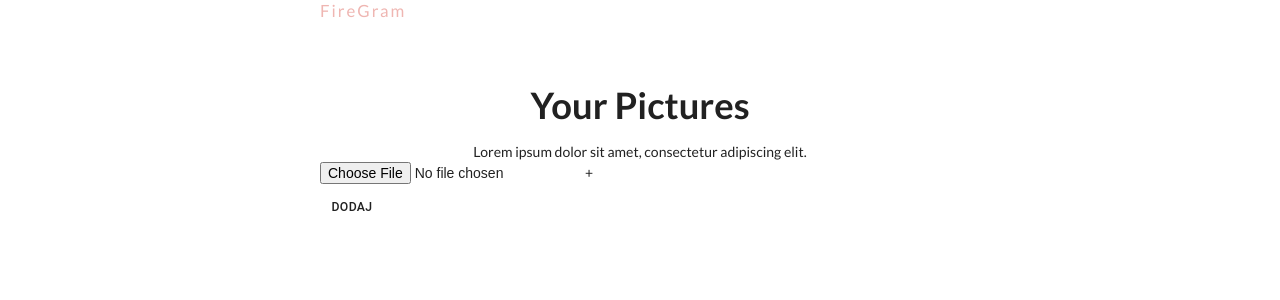
Repository: gregorskrinjar/react_ita
Page: / (app in frontend/)
These files come from the project's save history. The page is drawn as it stood at one moment and after the next save; the edit follows.
The browser window is 1280 px wide. The pictures show the whole page.
The page's requests for data from a server got no answer. The project was rebuilt for these pictures with package versions that can differ from the ones it lists, and the page was loaded fresh each time. No one was signed in, and anything a server would have sent is missing. Also part of the build but not shown: frontend/src/Header.jsx, frontend/src/Home.js, frontend/src/components/accountBox/common.jsx, frontend/src/components/marginer/index.jsx, frontend/src/components/accountBox/accountContext.js, frontend/src/api/axiosUserAuth.js, frontend/src/components/accountBox/loginForm.jsx, frontend/src/components/accountBox/signupForm.jsx and 6 more.

Above is the page before, as saved 2021-06-01 01:14:35.

### frontend/src/index.js
import React from 'react';
import ReactDOM from 'react-dom';
import './index.css';
import App from './App';
import reportWebVitals from './reportWebVitals';
import { BrowserRouter } from 'react-router-dom';
import 'semantic-ui-css/semantic.min.css'

ReactDOM.render(
  <BrowserRouter>
    <App />
    </BrowserRouter>,
  document.getElementById('root')
);

// If you want to start measuring performance in your app, pass a function
// to log results (for example: reportWebVitals(console.log))
// or send to an analytics endpoint. Learn more: https://bit.ly/CRA-vitals
reportWebVitals();

### frontend/src/index.css
/* @import url("https://fonts.googleapis.com/css2?family=Poppins:wght@400;600;700;800&display=swap"); */
@import url('https://fonts.googleapis.com/css2?family=Noto+Serif:wght@400;700&display=swap');

:root{
  --primary: #efb6b2;
  --secondary: #4e4e4e;
  --error: #ff4a4a;
}

html,
body {
  font-family: "Noto Serif";
  color: #4e4e4e;
  /* width: 80%;
  height: 100%; */
  margin: auto !important;
  overflow-x: hidden;
}

.App{
  max-width: 960px;
  margin: 0 auto;
}

.title h1{
  color: #efb6b2;
  font-size: 1.2rem;
  letter-spacing: 2px;
  font-weight: normal;
}
.title h2, .title p{
  text-align: center;
}
.title h2{
  margin-top: 60px;
  font-size: 2.6rem;
}

* {
  box-sizing: border-box;
}

body {
  margin: 0;
  font-family: "Poppins", -apple-system, BlinkMacSystemFont, 'Segoe UI', 'Roboto', 'Oxygen',
    'Ubuntu', 'Cantarell', 'Fira Sans', 'Droid Sans', 'Helvetica Neue', 'Noto',
    sans-serif;
  -webkit-font-smoothing: antialiased;
  -moz-osx-font-smoothing: grayscale;
}

code {
  font-family: source-code-pro, Menlo, Monaco, Consolas, 'Courier New',
    monospace;
}
/* progress bar styles */
.progress-bar{
  height: 5px;
  background: #efb6b2;
  margin-top: 20px;
}

/* image grid styles */
.img-grid{
  margin: 20px auto;
  display: grid;
  grid-template-columns: 1fr 1fr 1fr;
  grid-gap: 40px;
}
.img-wrap{
  overflow: hidden;
  height: 0;
  padding: 50% 0;
  /* padding controls height, will always be perfectly square regardless of width */
  position: relative;
  opacity: 0.8;
}
.img-wrap img{
  min-width: 100%;
  min-height: 100%;
  max-width: 150%;
  position: absolute;
  top: 0;
  left: 0;
}

/* modal styles */
.backdrop{
  display: flex;
  flex-direction:row;
  position: fixed;
  top: 0;
  left: 0;
  width: 100%;
  height: 100%;
  background: rgba(0,0,0,0.5);
}
.backdrop img{
  display: block;
  max-width: 100%;
  max-height: 100%;
  margin: 60px auto;
  box-shadow: 3px 5px 7px rgba(0,0,0,0.5);
  border: 3px solid white;
}
/* Commentar */
.centered {
  height: 100vh; /* Magic here */
  display: flex;
  justify-content: center;
  align-items: center;
}
.load-more {
  text-align: center;
}
button {
  margin-bottom: 40px;
  font-size: 2em;
}

### frontend/src/App.js
//import './App.css';
import 'bootstrap/dist/css/bootstrap.min.css';
import React from 'react';
import Home from "./Home";
import Header from "./Header";
import { BrowserRouter, Switch, Route, Link, Redirect, Router } from 'react-router-dom';
import PrijavnaFormaMain from './PrijavnaFormaMain';
import GalerijaMain from './GalerijaMain';
import ProtectedRoute from '../src/routes/ProtectedRoute'
//import "~bootstrap/scss/bootstrap";

function checkAuth(nextState, replaceState) {
  let { loggedIn } = true;
}
const isAuth = localStorage.getItem('token');

function App() {
  return (

    <React.Fragment>
      <BrowserRouter data-testid="router">
        <Switch>
          <Route exact path='/' component={GalerijaMain} />
          <Route exact path='/Login' component={PrijavnaFormaMain} />
          {/* <Route exact path='/Home' component={Home} /> */}

        </Switch>
        <ProtectedRoute exact path='/Home' component={Home} isAuth={isAuth} />
      </BrowserRouter>
    </React.Fragment>
  )
}

export default App;

### frontend/src/GalerijaMain.js
import { Grid } from "@material-ui/core";
import { useState } from "react";
import ImageGrid from "./components/gallery/ImageGrid";
import Modal from "./components/gallery/Modal";
import Title from "./components/gallery/Title";
import UploadForm from "./components/gallery/UploadForm";

function GalerijaMain() {
  const [selectedImg, setSelectedImg] = useState(null);

  return (
    <Grid className="App" container direction="column">
      <Grid item container>
        <Grid item xs={false} sm={2} />
        <Grid item xs={12} sm={8}>
          <Title />
          <UploadForm />
          <ImageGrid
            selectedImg={selectedImg}
            setSelectedImg={setSelectedImg}
          />
          {selectedImg && (
            <Modal selectedImg={selectedImg} setSelectedImg={setSelectedImg} />
          )}
        </Grid>
      </Grid>
    </Grid>
    // <div className="App">
    //   <Title/>
    //   <UploadForm />
    //   <ImageGrid selectedImg={selectedImg} setSelectedImg={setSelectedImg} />
    //   { selectedImg && <Modal selectedImg={selectedImg} setSelectedImg={setSelectedImg} /> }
    // </div>
  );
}

export default GalerijaMain;

### frontend/src/routes/ProtectedRoute.js
import React from 'react'
import { Route, Redirect } from 'react-router-dom';

function ProtectedRoute({ isAuth: isAuth, component: Component, ...rest }) {
    return (
        <Route {...rest} render={(props) => {
            if (isAuth) {
                return <Component />
            } else {
                return <Redirect to={{ pathname: '/', state: { from: props.location } }} />
            }
        }} />
    )
}

export default ProtectedRoute

### frontend/src/App.css
.App {
  /* text-align: center; */
}

.App-logo {
  height: 40vmin;
  pointer-events: none;
}

@media (prefers-reduced-motion: no-preference) {
  .App-logo {
    animation: App-logo-spin infinite 20s linear;
  }
}

.App-header {
  background-color: #282c34;
  min-height: 100vh;
  display: flex;
  flex-direction: column;
  align-items: center;
  justify-content: center;
  font-size: calc(10px + 2vmin);
  color: white;
}

.App-link {
  color: #61dafb;
}
.nav-link{
  font-family: 'Roboto', sans-serif;
  color: #2699FB !important;
}
.jumbotron {
  background-color : rgb(241, 196, 15, 0.3) !important ;
}
@keyframes App-logo-spin {
  from {
    transform: rotate(0deg);
  }
  to {
    transform: rotate(360deg);
  }
}

### frontend/src/components/gallery/ImageGrid.js
import React from "react";
import useFirestore from "../../hooks/useFirestore";
import { motion } from "framer-motion";
import { makeStyles } from "@material-ui/core/styles";
import { red } from "@material-ui/core/colors";
import Commentar from "../comments/Comment";
import ImageCard from "./ImageCard";
import Grid from "@material-ui/core/Grid";

const ImageGrid = ({ selectedImg, setSelectedImg }) => {
  //const { docs } = useFirestore("images");

  return (
    // <div className="img-grid">
    //   {docs &&
    //     docs.map((doc) => (
    //       <motion.div
    //         className="img-wrap"
    //         key={doc.id}
    //         layout
    //         whileHover={{ opacity: 1 }}
    //         onClick={() => setSelectedImg({ url: doc.url, id: doc.id })}
    //       >
    //         <motion.img
    //           src={doc.url}
    //           alt="upload pic"
    //           initial={{ opacity: 0 }}
    //           animate={{ opacity: 1 }}
    //           transition={{ delay: 1 }}
    //         />
    //       </motion.div>
    //     ))}
    // </div>
    <Grid container direction="column" justify="center" alignItems="stretch" >
      <ImageCard selectedImg={selectedImg} setSelectedImg={setSelectedImg} />
    </Grid>
  );
};

export default ImageGrid;

### frontend/src/components/gallery/UploadForm.js
import React, { useState } from "react";
import ProgressBar from "../gallery/ProgressBar";

const UploadForm = () => {
  const [file, setFile] = useState(null);
  const [error, setError] = useState(null);

  const types = ["image/png", "image/jpeg"];

  const handleChange = (e) => {
    // Dostop do izbrane slike
    let selected = e.target.files[0]; // e - event, target - input

    // selected.type - property v responsu slike
    if (selected && types.includes(selected.type)) {
      setFile(selected);
      setError("");
    } else {
      setFile(null);
      setError("Prosim izberite sliko v (png ali jpeg) formatu");
    }
  };

  return (
    <form>
      <label>
        <input type="file" onChange={handleChange} />
        <span>+</span>
      </label>
      <div className="output">
        {error && <div className="error">{error}</div>}
        {file && <div>{file.name}</div>}
        {file && <ProgressBar file={file} setFile={setFile} />}
      </div>
    </form>
  );
};

export default UploadForm;

### frontend/src/hooks/useFirestore.js
import { useState, useEffect } from 'react';
import { projectFirestore } from '../firebase/config';

const useFirestore = (collection) => {
    const [docs, setDocs] = useState([]);

    useEffect(() => {
        const unsub = projectFirestore.collection(collection)
            .orderBy('createdAt', 'desc')
            .onSnapshot((snap) => {
                let documents = [];
                snap.forEach(doc => {
                    documents.push({ ...doc.data(), id: doc.id });
                }) // gre skozi kolekcijo v trenutnem casu
                setDocs(documents);
            })
            return () => unsub(); // ko ne uporabljamo več se odjavimo
    }, [collection])

    return { docs }
}

export default useFirestore;

### frontend/src/components/gallery/ImageCard.js
import React, { useState, useEffect } from "react";
import useFirestore from "../../hooks/useFirestore";
import { motion } from "framer-motion";
import { makeStyles } from "@material-ui/core/styles";
import clsx from "clsx";
import Card from "@material-ui/core/Card";
import CardHeader from "@material-ui/core/CardHeader";
import CardMedia from "@material-ui/core/CardMedia";
import CardContent from "@material-ui/core/CardContent";
import CardActions from "@material-ui/core/CardActions";
import Collapse from "@material-ui/core/Collapse";
import Avatar from "@material-ui/core/Avatar";
import IconButton from "@material-ui/core/IconButton";
import Typography from "@material-ui/core/Typography";
import { red } from "@material-ui/core/colors";
import FavoriteIcon from "@material-ui/icons/Favorite";
import ShareIcon from "@material-ui/icons/Share";
import ExpandMoreIcon from "@material-ui/icons/ExpandMore";
import MoreVertIcon from "@material-ui/icons/MoreVert";
import Grid from "@material-ui/core/Grid";
import Commentar from "../comments/Comment";
import { projectFirestore } from "../../firebase/config";
import { Button } from "@material-ui/core";

const useStyles = makeStyles((theme) => ({
  root: {
    padding: 20,
    "&:last-child": {
      paddingBottom: 10,
    },
  },
  media: {
    height: 0,
    paddingTop: "56.25%", // 16:9
  },
  expand: {
    transform: "rotate(0deg)",
    marginLeft: "auto",
    transition: theme.transitions.create("transform", {
      duration: theme.transitions.duration.shortest,
    }),
  },
  expandOpen: {
    transform: "rotate(180deg)",
  },
  avatar: {
    backgroundColor: red[500],
  },
}));

function ImageCard({ selectedImg, setSelectedImg }) {
  //const { docs } = useFirestore("images");
  const classes = useStyles();
  const [expanded, setExpanded] = React.useState(-1);
  const [commentImg, setCommentImg] = useState(null);

  const [lastDocs, setLastDocs] = useState();
  const [images, setImages] = useState([]);
  const [loading, setLoading] = useState(false);

  useEffect(() => {
    projectFirestore
      .collection("images")
      .orderBy("createdAt", "desc")
      .limit(3)
      .get()
      .then((collections) => {
        const isCollectionEmpty = collections.size === 0;
        if (!isCollectionEmpty) {
          const imgs = collections.docs.map((img) => img.data());
          const lastDoc = collections.docs[collections.docs.length - 1];
          setImages(imgs);
          console.log(images, "je not");
          setLastDocs(lastDoc);
          setLoading(false);
        }
      });
  }, []);

  const fetchImages = () => {
    setLoading(true);
    projectFirestore
      .collection("images")
      .orderBy("createdAt", "desc")
      .startAfter(lastDocs)
      .limit(3)
      .get()
      .then((collections) => {
        const isCollectionEmpty = collections.size === 0;
        if (!isCollectionEmpty) {
          const imgs = collections.docs.map((img) => img.data());
          const lastDoc = collections.docs[collections.docs.length - 1];
          setImages((images) => [...images, ...imgs]);
          setLastDocs(lastDoc);
          setLoading(false);
        }
      });
  };
  console.log(images.length);
  const handleExpandClick = (i) => {
    setExpanded(expanded === i ? -1 : i);
  };

  return (
    <div>
      {images &&
        images.map((doc, i) => (
          <Grid item className={classes.root}>
            <Card>
              <CardHeader
                avatar={
                  <Avatar aria-label="recipe" className={classes.avatar}>
                    R
                  </Avatar>
                }
                action={
                  <IconButton aria-label="settings">
                    <MoreVertIcon />
                  </IconButton>
                }
                title="Shrimp and Chorizo Paella"
                subheader="September 14, 2016"
              />
              <CardMedia
                className={classes.media}
                image={doc.url}
                key={doc.id}
                title="Paella dish"
                onClick={() => setSelectedImg({ url: doc.url, id: doc.id })}
              />
              <CardContent>
                <Typography variant="body2" color="textSecondary" component="p">
                  Zdravo
                </Typography>
              </CardContent>
              <CardActions
                disableSpacing
                onClick={() => setCommentImg({ url: doc.url, id: doc.id })}
              >
                <IconButton aria-label="add to favorites">
                  <FavoriteIcon />
                </IconButton>
                <IconButton aria-label="share">
                  <ShareIcon />
                </IconButton>
                <IconButton
                  className={clsx(classes.expand, {
                    [classes.expandOpen]: expanded,
                  })}
                  onClick={() => handleExpandClick(i)}
                  aria-expanded={expanded === i}
                  aria-label="show more"
                >
                  <ExpandMoreIcon />
                </IconButton>
              </CardActions>
              <Collapse in={expanded === i} timeout="auto" unmountOnExit>
                <CardContent>
                  <Commentar commentImg={commentImg} />
                </CardContent>
              </Collapse>
            </Card>
          </Grid>
        ))}
      {!loading && <Button className="load-more" onClick={fetchImages}>DODAJ</Button>}
    </div>
  );
}

export default ImageCard;

### frontend/src/firebase/config.js
import firebase from 'firebase/app'
import 'firebase/storage';
import 'firebase/firestore';

// Your web app's Firebase configuration
// For Firebase JS SDK v7.20.0 and later, measurementId is optional
var firebaseConfig = {
    apiKey: "AIzaSyBpoiJ30j3v_EE4pRvVjp2vnZuO0cnRtHk",
    authDomain: "fir-galerija-api.firebaseapp.com",
    projectId: "fir-galerija-api",
    storageBucket: "fir-galerija-api.appspot.com",
    messagingSenderId: "1066465993643",
    appId: "1:1066465993643:web:a01bf39219217159ae28ee",
    measurementId: "G-2RMNF5GVPH"
};
// Initialize Firebase
firebase.initializeApp(firebaseConfig);
//firebase.analytics();

// Initialize Storage service
const projectStorage = firebase.storage();

// Initialize Firestore service
const projectFirestore = firebase.firestore();

const timestamp = firebase.firestore.FieldValue.serverTimestamp;

export { projectStorage, projectFirestore, timestamp };

Loaded but not shown: frontend/public/index.html (common file); frontend/src/reportWebVitals.js (common file); frontend/src/components/gallery/Title.js (common file)

After the next save:
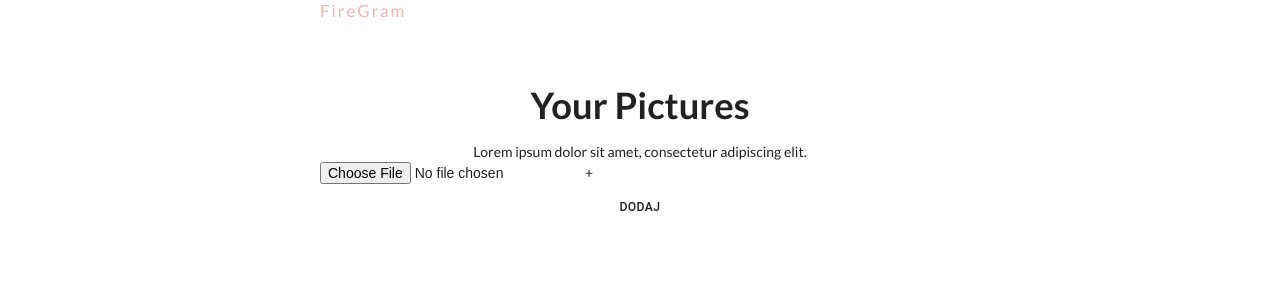
Saved 54 s later.
--- a/frontend/src/components/gallery/ImageCard.js
+++ b/frontend/src/components/gallery/ImageCard.js
@@ -162,7 +162,7 @@ function ImageCard({ selectedImg, setSelectedImg }) {
             </Card>
           </Grid>
         ))}
-      {!loading && <Button className="load-more" onClick={fetchImages}>DODAJ</Button>}
+      {!loading && <div className="load-more"><Button onClick={fetchImages}>DODAJ</Button></div>}
     </div>
   );
 }
